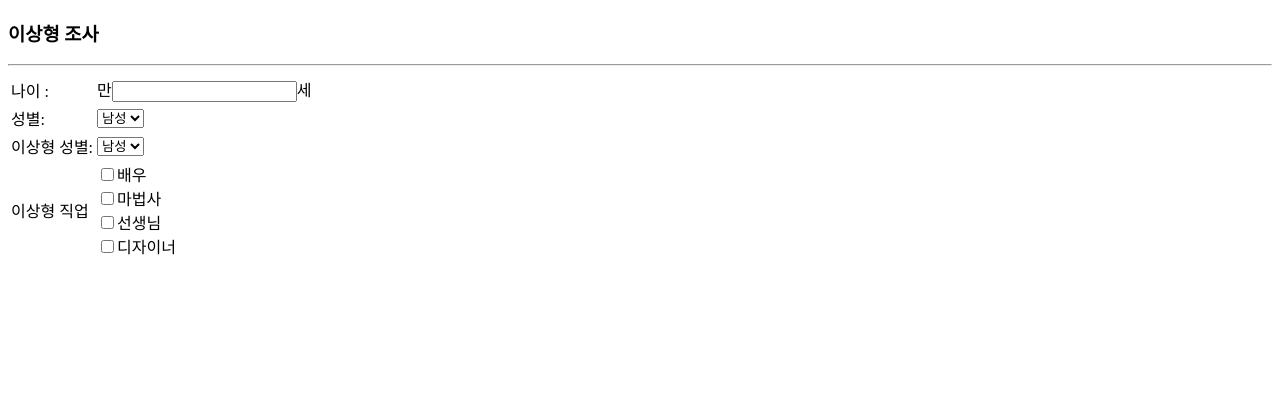
Repository: 2hundred2ne2/bit
Page: http://localhost/First_Web/work/requestForm.jsp
The author's editor kept a copy of each file at every save. The page is drawn from the files as they stood at one save, then again after the next save.
The browser window is 1280 px wide. The pictures show the whole page.
The page is served by Tomcat 9. Other server files are loaded and not shown.

Above is the page before, as saved 2020-12-17 09:08:06.

### JSP_PROJECT/First_Web/WebContent/work/requestForm.jsp
<%@ page language="java" contentType="text/html; charset=UTF-8"
	pageEncoding="UTF-8"%>
<!DOCTYPE html>
<html>
<head>
<meta charset="UTF-8">
<title>Request Form</title>

<style>
.question {
	font-weight: bold;
}

.sub {
	text-align: center;
}
</style>
</head>
<body>
	<h3>이상형 조사</h3>

	<hr>

	<form action="requestResult.jsp">
		<table>
			<tr>

				<td>나이 :</td>
				<td>만<input type="text">세
				</td>

			</tr>
			<tr>

				<td>성별:</td>

				<td><select>
						<option value="남성">남성</option>
						<option value="여성">여성</option>
				</select></td>

			</tr>
				<tr>

				<td>이상형 성별:</td>

				<td><select>
						<option value="남성">남성</option>
						<option value="여성">여성</option>
				</select></td>

			</tr>


			<tr>
				<td>이상형 직업</td>
				<td>
					<input type="checkbox" name="interest" value="배우 ">배우<br>
					<input type="checkbox" name="interest" value="마법사">마법사 <br>
					<input type="checkbox" name="interest" value="선생님 ">선생님 <br>
					<input type="checkbox" name="interest" value="디자이너 ">디자이너
				</td>
			</tr>
			<tr>



		</table>

	</form>
</body>
</html>

After the next save:
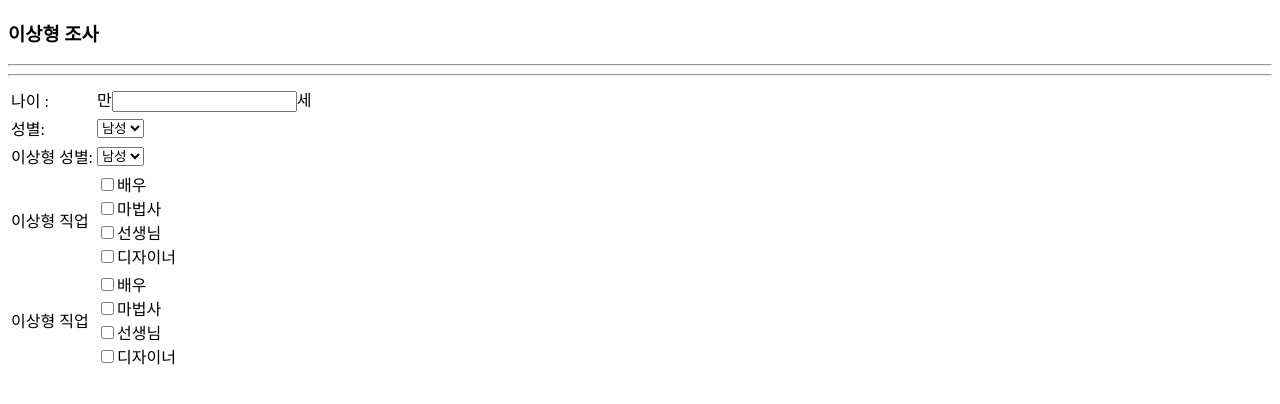
Saved 66 s later.
--- a/JSP_PROJECT/First_Web/WebContent/work/requestForm.jsp
+++ b/JSP_PROJECT/First_Web/WebContent/work/requestForm.jsp
@@ -59,6 +59,17 @@
 					<input type="checkbox" name="interest" value="마법사">마법사 <br>
 					<input type="checkbox" name="interest" value="선생님 ">선생님 <br>
 					<input type="checkbox" name="interest" value="디자이너 ">디자이너
+
+				</td>
+			</tr>
+				<hr>
+			<tr>
+				<td>이상형 직업</td>
+				<td>
+					<input type="checkbox" name="interest" value="배우 ">배우<br>
+					<input type="checkbox" name="interest" value="마법사">마법사 <br>
+					<input type="checkbox" name="interest" value="선생님 ">선생님 <br>
+					<input type="checkbox" name="interest" value="디자이너 ">디자이너
 				</td>
 			</tr>
 			<tr>
